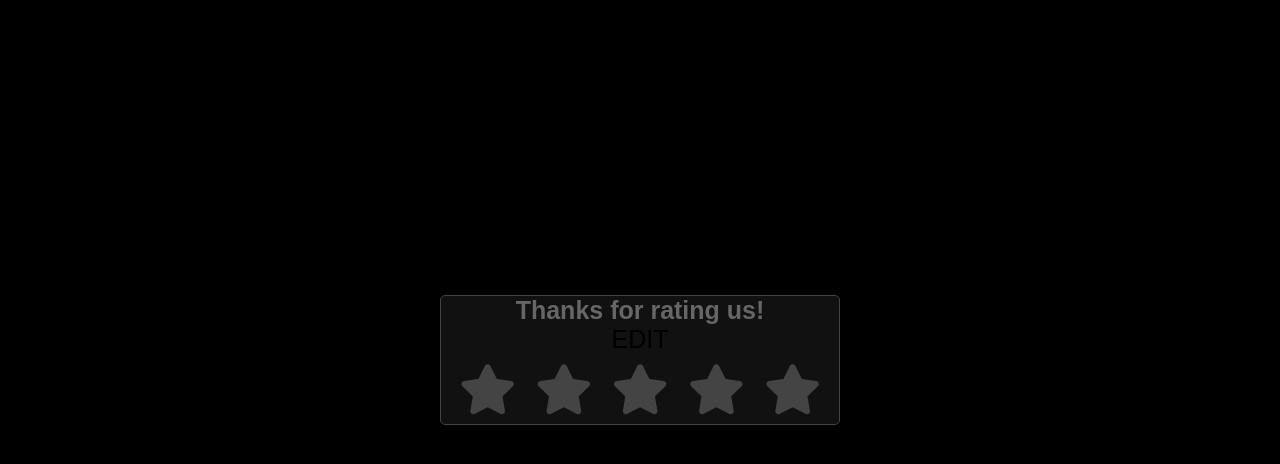
Repository: Suryansh-D/Star-Ratings
Page: index.html
An editor plug-in stored every save of this project. The page is shown before and after a run of saves, followed by the edit.
The browser window is 1280 px wide. The pictures show the whole page.

Above is the page before, as saved 2024-02-03 10:26:54.

After the next 6 saves:
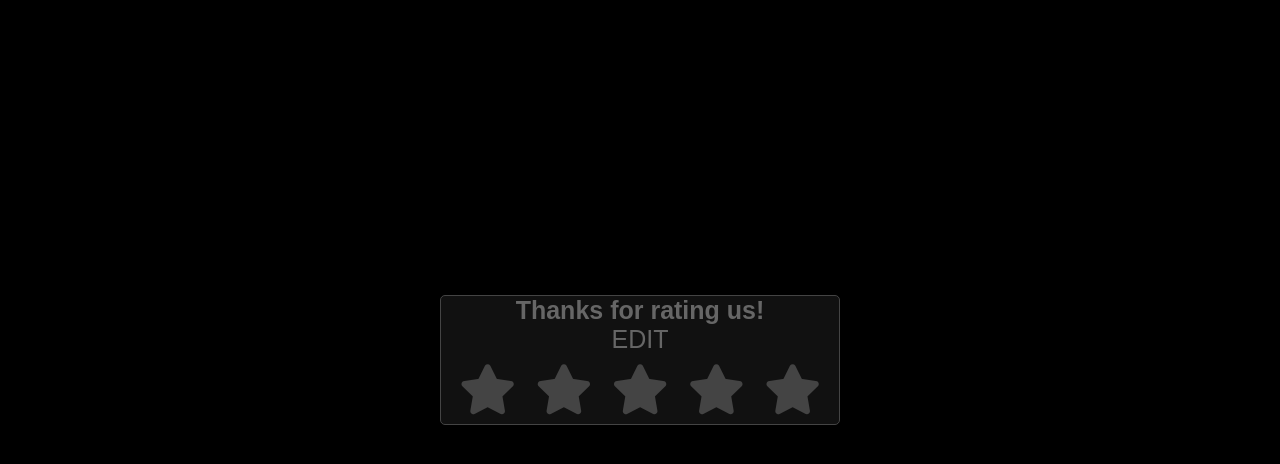
The 6 saves are shown as one change because they came seconds apart.
The last was saved 13 s later.
--- a/style.css
+++ b/style.css
@@ -89,7 +89,8 @@ input#rate-1:checked ~ label{
 }
 .container .edit{
     font-size: 25px;
-    ;
+    color: #666;
+
 }
 .container form{
     display: none;
